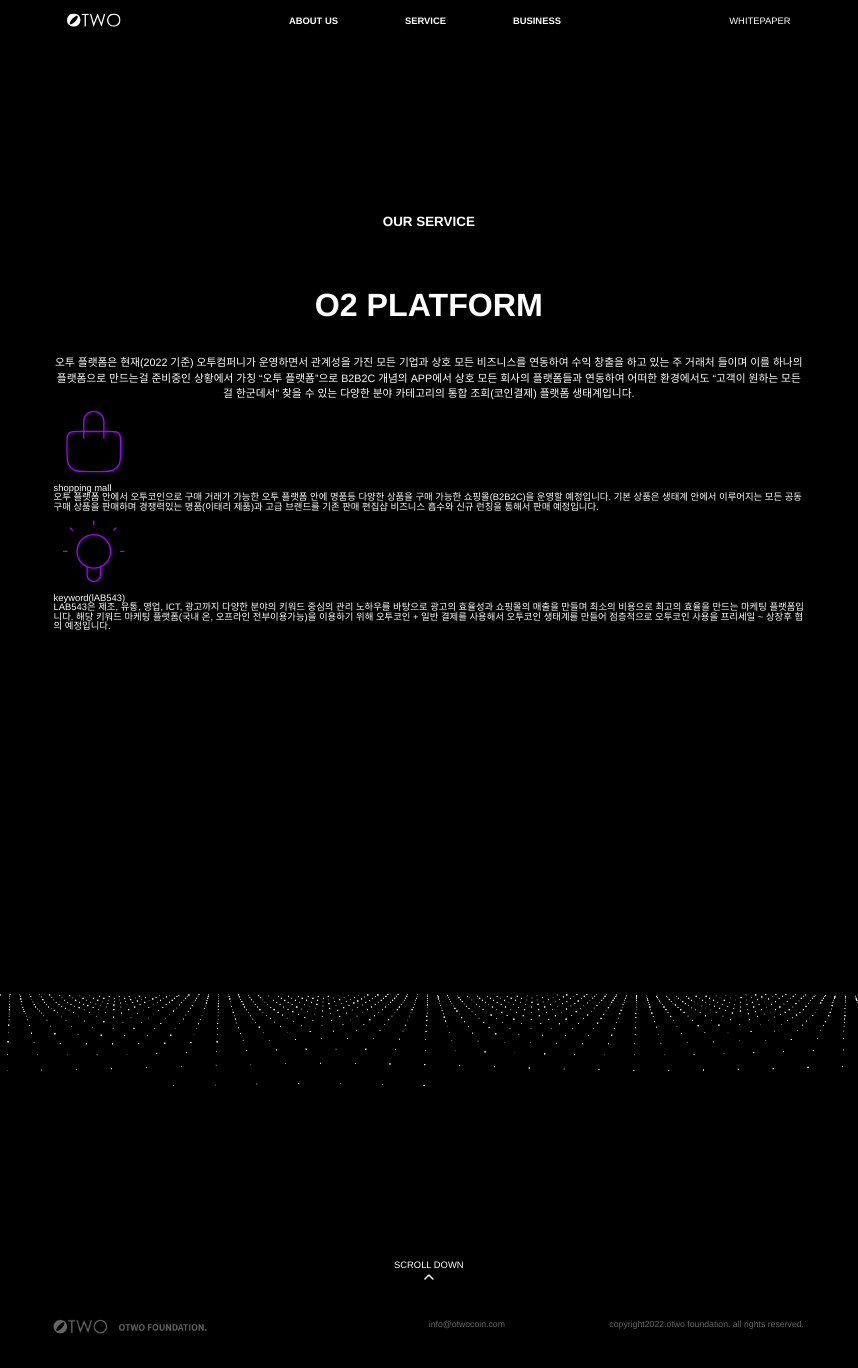
Repository: songhun115/Otwo
Page: service.html
An editor plug-in stored every save of this project. The page is shown before and after the next save, followed by the edit.
The browser window is 1280 px wide. The pictures show the whole page, at 67% of full size.

Above is the page before, as saved 2022-11-18 11:14:35.
Not found: js/three.js

### service.html
<!DOCTYPE html>
<html lang="en">

<head>
    <meta charset="UTF-8">
    <meta http-equiv="X-UA-Compatible" content="IE=edge">
    <meta name="viewport" content="width=device-width, initial-scale=1.0">
    <link rel="stylesheet" href="css/reset.css">
    <link rel="stylesheet" href="css/content.css">
    <link rel="preconnect" href="https://fonts.googleapis.com">
    <link rel="preconnect" href="https://fonts.gstatic.com" crossorigin>
    <link href="https://fonts.googleapis.com/css2?family=Noto+Sans+KR:wght@300;400;500;700;900&display=swap"
        rel="stylesheet">
    <link rel="stylesheet" href="https://cdn.jsdelivr.net/npm/swiper/swiper-bundle.min.css" />
    <script src="https://cdnjs.cloudflare.com/ajax/libs/jquery/3.6.1/jquery.min.js"
        integrity="sha512-aVKKRRi/Q/YV+4mjoKBsE4x3H+BkegoM/em46NNlCqNTmUYADjBbeNefNxYV7giUp0VxICtqdrbqU7iVaeZNXA=="
        crossorigin="anonymous" referrerpolicy="no-referrer"></script>
    <script src="js/index.js"></script>
    <script src="js/three.js"></script>
    <script src="js/three.min.js"></script>
    <title>about</title>
</head>

<body>
    <div class="contaeiner">
        <header class="header">
            <nav class="nav-bar">
                <div class="logo">
                    <img src="img/logo-white.svg" alt="">
                </div>
                <ul class="nav-list">
                    <li class="nav-item">ABOUT US</li>
                    <li class="nav-item">SERVICE</li>
                    <li class="nav-item">BUSINESS</li>
                </ul>
                <div class="white-paper">
                    WHITEPAPER
                </div>
            </nav>
        </header>
        <section class="section overview">
            <h3>OUR SERVICE</h3>
            <h1>O2 PLATFORM</h1>
            <p>오투 플랫폼은 현재(2022 기준) 오투컴퍼니가 운영하면서 관계성을 가진 모든 기업과 상호 모든 비즈니스를 연동하여 수익 창출을 하고 있는
                주 거래처 들이며 이를 하나의 플랫폼으로 만드는걸 준비중인 상황에서 가칭 “오투 플랫폼”으로 B2B2C 개념의 APP에서 상호 모든 회사의 플랫폼들과 연동하여 어떠한 환경에서도 “고객이 원하는 모든걸 한군데서” 찾을 수 있는 다양한 분야 카테고리의 통합 조회(코인결제) 플랫폼 생태계입니다.</p>

        </section>
     <section class="service-platform-list">
        <ul class="platform-list">
            <li class="platform-item">
                <div class="platform-img">
                    <img src="img/shoping.svg" alt="">
                </div>
                <div class="platform-category">shopping mall</div>
                <div class="platform-con">오투 플랫폼 안에서 오투코인으로 구매 거래가 가능한 오투 플랫폼 안에 명품등 다양한 상품을 구매 가능한 쇼핑몰(B2B2C)을 운영할 예정입니다.
                    기본 상품은 생태계 안에서 이루어지는 모든 공동구매 상품을 판매하며 경쟁력있는 명품(이태리 제품)과 고급 브랜드를 기존 판매 편집샵 비즈니스 흡수와 신규 런칭을 통해서 판매 예정입니다. </div>
            </li>
            <li class="platform-item">
                <div class="platform-img">
                    <img src="img/keywrod.svg" alt="">
                </div>
                <div class="platform-category">keyword(lAB543)</div>
                <div class="platform-con">LAB543은 제조, 유통, 영업, ICT, 광고까지 다양한 분야의 키워드 중심의 관리 노하우를 바탕으로 광고의 효율성과 쇼핑몰의 매출을 만들며 최소의 비용으로 최고의 효율을 만드는 마케팅 플랫폼입니다.
                    해당 키워드 마케팅 플랫폼(국내 온, 오프라인 전부이용가능)을 이용하기 위해 오투코인 + 일반 결제를 사용해서 오투코인 생태계를 만들어 점층적으로 오투코인 사용을 프리세일 ~ 상장후 협의 예정입니다. </div>
            </li>
        </ul>
     </section>

    </div>


    <div class="contaeiner-two">


        </div>
        <div id="canvas">
            <div class="scroll-up ">
                <p>SCROLL DOWN</p>
                <img src="img/chevron-up.svg" alt="">
            </div>

        </div>
        <script>
            window.addEventListener("DOMContentLoaded", () => {
            const w = window.innerWidth;
            const h = window.innerHeight / 2;
            const dpr = window.devicePixelRatio;

            const fov = 60;
            const fovRad = (fov / 2) * (Math.PI / 180);
            const dist = h / 2 / Math.tan(fovRad);

            const clock = new THREE.Clock();
            const particles = 5000;
            const pointSize = 2.5;

            const renderer = new THREE.WebGLRenderer();
            renderer.setSize(w, h);
            renderer.setClearColor(new THREE.Color(0x000000), 1.0);
            renderer.setPixelRatio(dpr);

            const container = document.getElementById("canvas");
            container.appendChild(renderer.domElement);

            const camera = new THREE.PerspectiveCamera(fov, w / h, 1, dist * 2);
            camera.position.x = 0;
            camera.position.y = 0;
            camera.position.z = 10;

            const scene = new THREE.Scene();

            const geo = new THREE.BufferGeometry();
            let positions = [];
            let x, y, z;

            const width = 400 * (w / h);

            const depth = 400;
            const distance = 10;

            for (let x = 0; x < width; x += distance) {
              for (let z = 0; z < depth; z += distance) {
                positions.push(-width / 2 + x, -30, -depth / 2 + z);
              }
            }
            let positionAttribute = new THREE.Float32BufferAttribute(positions, 3);
            geo.addAttribute("position", positionAttribute);

            const mat = new THREE.ShaderMaterial({
              uniforms: {
                u_time: {
                  value: 0.0
                }
              },
              vertexShader: `
              #define M_PI 3.1415926535897932384626433832795

              precision mediump float;
              uniform float u_time;
              void main() {
                vec3 p = position;
                p.y += (
                  cos(p.x / M_PI * 8.0 + u_time * 2.0) +
                  sin(p.z / M_PI * 8.0 + u_time * 2.0)
                );
                gl_PointSize = 1.5;
                gl_Position = projectionMatrix * modelViewMatrix * vec4(p, 1.0);
              }
              `,
              fragmentShader: `
              precision mediump float;
              void main() {
                gl_FragColor = vec4(1.0, 1.0, 1.0, 1.0);
              }
              `
            });

            const mesh = new THREE.Points(geo, mat);
            scene.add(mesh);

            render();

            function render() {
              const time = clock.getElapsedTime();
              mesh.material.uniforms.u_time.value = time;
              renderer.render(scene, camera);
              requestAnimationFrame(render);
            }
          });
          </script>
          <footer class="footer">
            <div class="footer-left">
                <img src="img/footer-left.png" alt="">
            </div>
            <div class="footer-right">
                <p>info@otwocoin.com</p>
                <p>copyright2022.otwo foundation. all rights reserved.</p>
            </div>
        </footer>
</body>

</html>

### css/reset.css
html, body, div, span, applet, object, iframe,
h1, h2, h3, h4, h5, h6, p, blockquote, pre,
a, abbr, acronym, address, big, cite, code,
del, dfn, em, img, ins, kbd, q, s, samp,
small, strike, strong, sub, sup, tt, var,
b, u, i, center,
dl, dt, dd, ol, ul, li,
fieldset, form, label, legend,
table, caption, tbody, tfoot, thead, tr, th, td,
article, aside, canvas, details, embed,
figure, figcaption, footer, header, hgroup,
menu, nav, output, ruby, section, summary,
time, mark, audio, video {
	margin: 0;
	padding: 0;
	border: 0;
	font-size: 100%;
	font: inherit;
	vertical-align: baseline;

}
/* HTML5 display-role reset for older browsers */
article, aside, details, figcaption, figure,
footer, header, hgroup, menu, nav, section {
	display: block;
}
body {
	line-height: 1;
  overflow-x: hidden;
  overflow-y: scroll;
}
ol, ul {
	list-style: none;
}
blockquote, q {
	quotes: none;
}
blockquote:before, blockquote:after,
q:before, q:after {
	content: '';
	content: none;
}
table {
	border-collapse: collapse;
	border-spacing: 0;
}
a,span{display: inline-block;}
body{font-family: 'Noto Sans KR', sans-serif; color: #fff;}
section h1 {font-size: 48px; line-height: 70px; color:#fff; font-weight: 700;}
section p {line-height: 23px; font-weight: 400; font-size: 16px;}
h2{font-size: 32px; font-weight: 700; line-height: 46px;}


html,
body {
  position: relative;
  height: 100%;
}

body {
  background: #eee;
  font-family: Helvetica Neue, Helvetica, Arial, sans-serif;
  font-size: 14px;
  color: #000;
  margin: 0;
  padding: 0;
}

.swiper {
  width: 100%;
  height: 100%;
}

.swiper-slide {
  text-align: center;
  font-size: 18px;


  /* Center slide text vertically */
  display: -webkit-box;
  display: -ms-flexbox;
  display: -webkit-flex;
  display: flex;
  -webkit-box-pack: center;
  -ms-flex-pack: center;
  -webkit-justify-content: center;
  justify-content: center;
  -webkit-box-align: center;
  -ms-flex-align: center;
  -webkit-align-items: center;
  align-items: center;
}

.swiper-slide img {
  display: block;
  width: 100%;
  height: 100%;
  object-fit: cover;
}
.service-swiper{ overflow: inherit !important; max-width: 1120px !important;}

### css/content.css
.intro{height: 100vh;}
canvas{    position: absolute; left: 0; top: 0; z-index: -1;}
.contaeiner{max-width: 1120px; margin: 0 auto;}
.contaeiner-two{max-width: 1120px; margin: 0 auto;}
body{background-color: #000; color: #fff;}
/*! 헤더  */
.header{position: absolute; left: 50%; top: 0; transform: translateX(-50%); width: 100%; max-width: 1120px; margin: 0 auto;  z-index: 11;}
.nav-bar{display: flex; justify-content: space-between; align-items: center; padding: 20px;}
.nav-list{display: flex; align-items: center;}
.nav-item{padding:0 50px; font-weight: 700;font-size: 14px;line-height: 20px; cursor: pointer;}
/*!메인페이지   */
.intro{position: relative;}
.intro-box{display: flex; flex-direction: column; align-items: center; justify-content: center; text-align: center; width: 100%;height: 100%;}
.pur-button{border: 1px solid #A600FF;border-radius: 50px; display: flex;flex-direction: row;justify-content: center;align-items: center;gap: 10px; transition: 0.3s; width: 216px;height: 45px; cursor: pointer;}
.pur-button:hover{background-color: #A600FF; }
.pur-button:hover > button{color:#D9D9D9;}
.intro-box > p{padding: 40px 0 80px 0;}
.pur-button button{border: none;outline: none; color:#A600FF; background-color: transparent; font-weight: 700; font-size: 17px; line-height: 25px;}
.scroll-down{position: absolute; bottom: 50px; left: 50%; transform: translateX(-50%);}
.scroll-down > p {font-weight: 300; padding-bottom:7px; color: #fff; color: pu;}


/*! 메인 service */
.service{padding-top: 320px;}
.service-content{display: flex; justify-content: space-between; align-items: center;}
.service-left.service-right{width: 50%;}
.service-left > p,.business-box-left p{padding-top: 40px; font-size: 16px;}
.service-category-box{display: flex; flex-direction: column; justify-content: start; align-items: flex-start; text-align: left; padding-right: 40px; box-sizing: border-box;}
.service-category-box > h4 {font-size: 20px; line-height: 29px; font-weight: 400; margin:40px 0 20px 0;}
.service-category-box > p {font-size: 16px;}

.service-swiper{padding:120px 0 100px 0!important; box-sizing: border-box !important;}
.swiper-button-prev,
.swiper-button-next{top: 90% !important;  }
.swiper-button-prev{left:0 !important;}
.swiper-button-next{left: 64px !important;}
.swiper-button-next:after, .swiper-button-prev:after{content: "" !important;font-family: none !important;width: 20px !important;height: 20px !important;}
.swiper-button-next:after{background-image: url("../img/chevron-right.svg") !important;}
.swiper-button-prev:after{background-image: url("../img/chevron-left.svg") !important;}


  /*!메인 Business */
  .business{padding-top: 370px;}
  .business-box{display: flex; justify-content: space-between; align-items: center;}
  .business-box-left .pur-button{margin-top: 80px;}
  .business-box-left{width: 58%;}
  business-box-right{width: 42%;}
  .scroll-up{position: absolute;bottom: 0;left: 50%;transform: translateX(-50%);text-align: center;}
  #canvas{position: relative; height: 100%; max-height: 659px;}
  /* #canvas canvas{ height: 1000px !important;} */
  /* #canvas canvas{height: 1000px;} */
  /*! 푸터   */
  .footer{max-width: 1120px; margin: 0 auto; display: flex; justify-content: space-between; padding: 50px 0;}
  footer-left,
  .footer-right{width: 50%;}
  .footer-right{display: flex; justify-content: space-between; opacity: 0.4; font-size: 13px; line-height: 13px;}



  /*! 어바웃 */
  .canvas-one-wrap{position: relative; max-height: 659px; height: 100%;}
  .canvas-one{ top: 50%;left: 50%; transform: translate(-50%, -50%); margin-top: 100px; background-image: url(../img/logo-purple.png);background-repeat: no-repeat;background-position: center}
  .contaeiner-two{padding-top: 320px;}
  .overview{padding-top: 320px; text-align: center; }
  .overview > h3{font-weight: 700; font-size: 20px;}
  .our-values{text-align: center;}
  .our-values > h1{margin:80px 0 40px 0;}
  .overview > h1{margin:80px 0 40px 0}
  .our-values-list{display: flex; justify-content: space-between; padding-top: 120px;}
  .our-values-item{text-align: left;}
  .our-values-category {margin:20px 0 32px 0; font-size: 24px; font-weight: 600;}

  .advisor{padding-top: 480px;}
  .advisor > h2{margin: 80px 0 120px 0;}
  .member-info {padding:40px 40px 60px 40px; box-sizing: border-box;}
  .advisor-member-list{    display: grid;grid-template-columns: repeat(3,1fr);gap: 40px}
  .advisor-member-item{background: #252525; border-radius: 20px; }
  .member-name{font-size: 20px; font-weight: 700;}
  .member-info > div{display: flex; align-items: center; justify-content: space-between; margin-top: 5px;}
  .member-photo img{ width: 100%;}
  .more-button{    max-width: 216px;margin: 120px auto;}
  .advisor-member-item-more{display: none;}
  .advisor-member-item-more.show{display: block;}

### js/index.js
$(document).ready(function () {
    $('.more-button').click(function () {
        $('.advisor-member-item-more').addClass('show');
    });
});

### img/shoping.svg
<svg width="120" height="120" viewBox="0 0 120 120" fill="none" xmlns="http://www.w3.org/2000/svg">
<path d="M45 55V30C45 21.7157 51.7157 15 60 15C68.2843 15 75 21.7157 75 30V54.8363M52 105H68C79.2011 105 84.8016 105 89.0798 102.82C92.8431 100.903 95.9027 97.8431 97.8201 94.0798C100 89.8016 100 84.2011 100 73V61C100 55.3995 100 52.5992 98.9101 50.4601C97.9513 48.5785 96.4215 47.0487 94.5399 46.0899C92.4008 45 89.6005 45 84 45H36C30.3995 45 27.5992 45 25.4601 46.0899C23.5785 47.0487 22.0487 48.5785 21.0899 50.4601C20 52.5992 20 55.3995 20 61V73C20 84.201 20 89.8016 22.1799 94.0798C24.0973 97.8431 27.1569 100.903 30.9202 102.82C35.1984 105 40.7989 105 52 105Z" stroke="#A600FF" stroke-width="2" stroke-linecap="round" stroke-linejoin="round"/>
</svg>

Loaded but not shown: js/three.min.js (library)

After the next save:
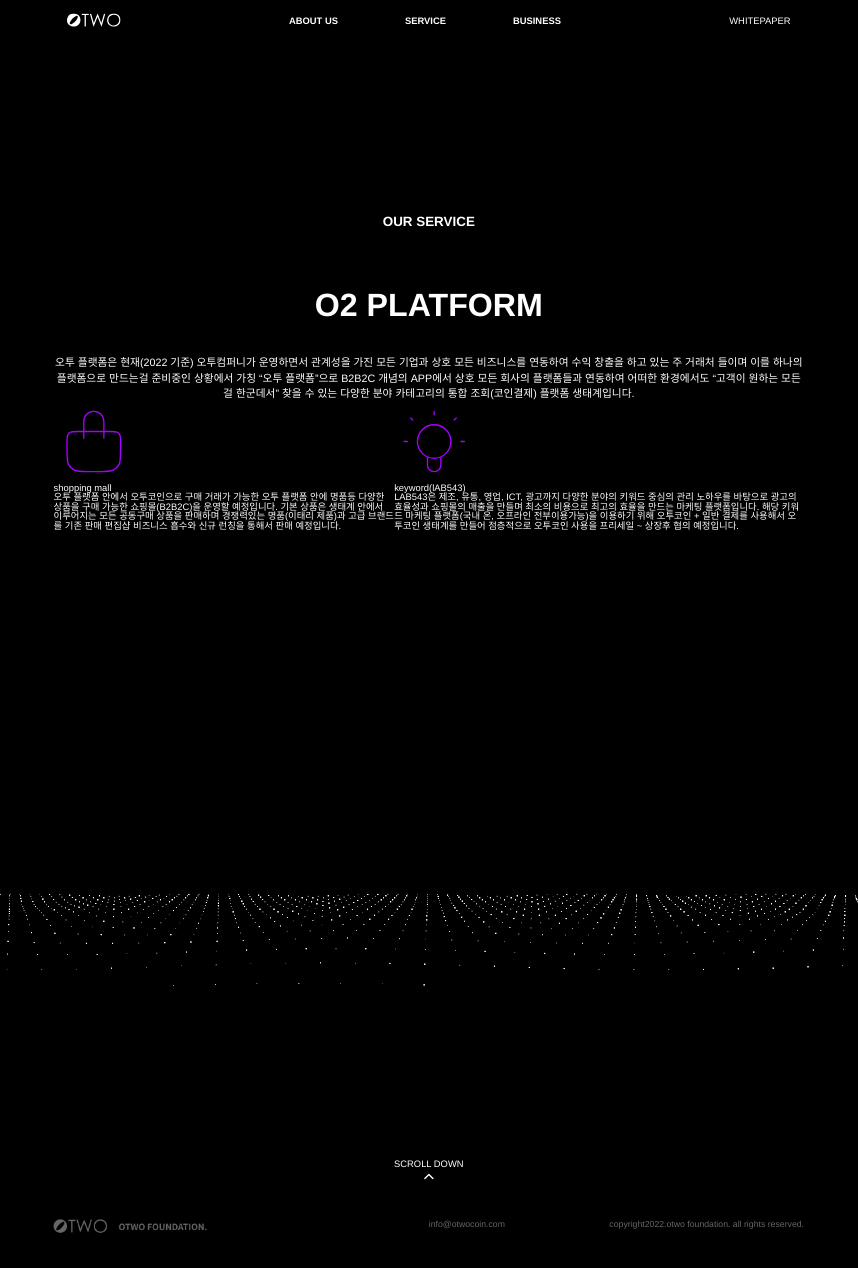
Saved 17 s later.
--- a/css/content.css
+++ b/css/content.css
@@ -81,3 +81,6 @@
   .more-button{    max-width: 216px;margin: 120px auto;}
   .advisor-member-item-more{display: none;}
   .advisor-member-item-more.show{display: block;}
+
+  /*!서비스  */
+  .platform-list{display: flex;}
